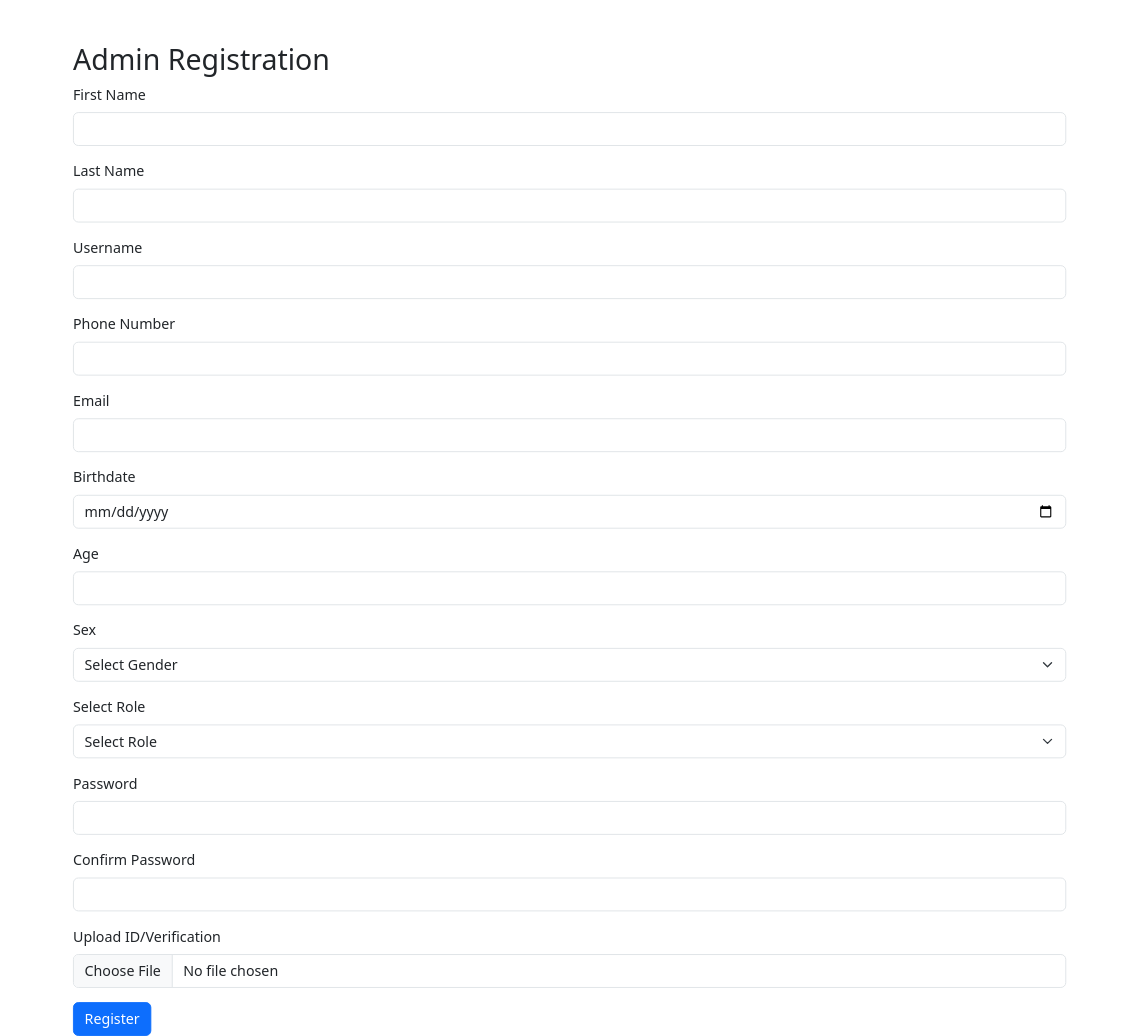
Repository: MeekSharkdev/capstone-project
Page: http://localhost/phpmailer/pages/register-admin.php
An editor plug-in stored every save of this project. The page is shown before and after the next save, followed by the edit.
The browser window is 1280 px wide. The pictures show the whole page, at 89% of full size.
The page is run by PHP 8.4 with error messages shown; the project is at /var/www/html/.

Above is the page before, as saved 2024-12-18 13:29:05.

After the next save:
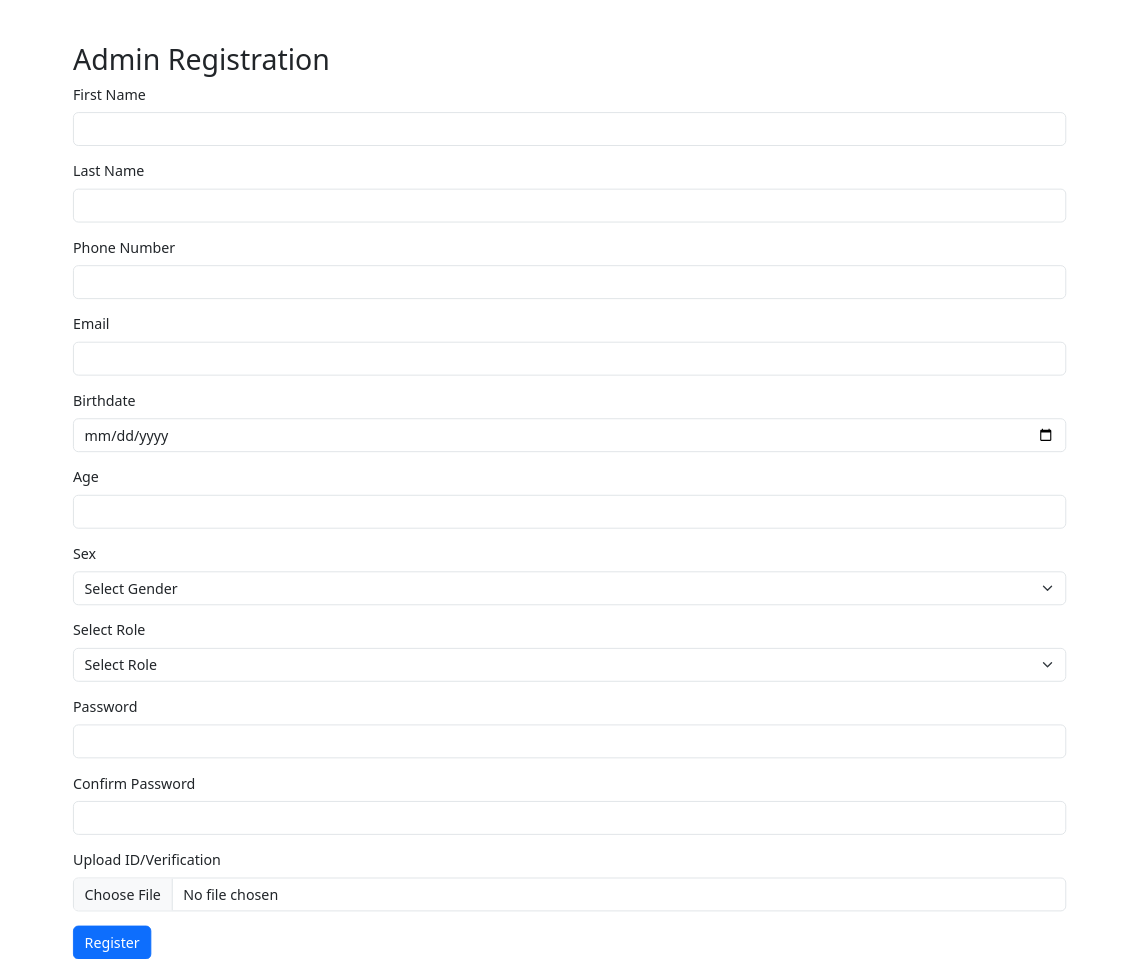
Saved 40 s later.
--- a/pages/register-admin.php
+++ b/pages/register-admin.php
@@ -74,10 +74,6 @@ $conn->close();
                 <input type="text" class="form-control" id="lastname" name="lastname" required>
             </div>
             <div class="mb-3">
-                <label for="username" class="form-label">Username</label>
-                <input type="text" class="form-control" id="username" name="username" required>
-            </div>
-            <div class="mb-3">
                 <label for="phonenumber" class="form-label">Phone Number</label>
                 <input type="tel" class="form-control" id="phonenumber" name="phonenumber" pattern="09\d{9}" title="Phone number must start with 09 and have 11 digits" required>
             </div>
